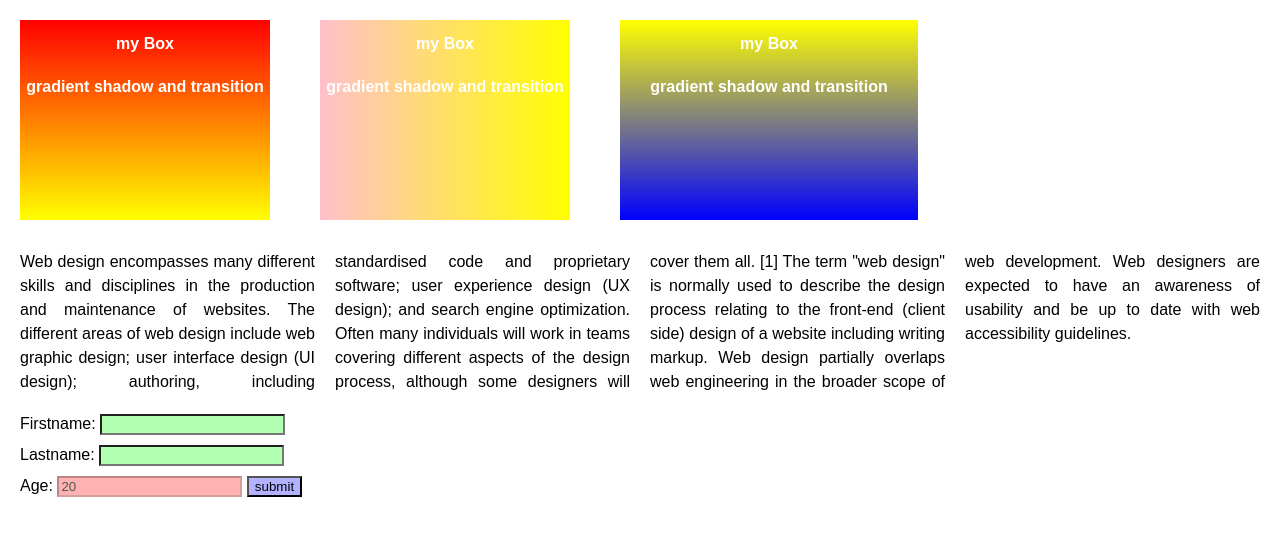
Repository: nuwat-wa/Lab_Ass_WebDesign
Page: HW04-2_IT_Sec1/lab4-2.html
An editor plug-in stored every save of this project. The page is shown before and after the next save, followed by the edit.
The browser window is 1280 px wide. The pictures show the whole page.
The pointer rests on the first visible `.box3`.

Above is the page before, as saved 2026-10-20 23:36:49.

### HW04-2_IT_Sec1/lab4-2.html
<!doctype html>
<html lang="th">
  <head>
    <meta charset="UTF-8" />
    <meta name="viewport" content="width=device-width, initial-scale=1.0" />
    <title>Lab 4-2</title>

    <style>
      body {
        font-family: Arial, sans-serif;
        margin: 20px;
        color: #000;
      }

      .box-container {
        display: flex;
        flex-wrap: wrap;
        align-items: flex-start;
        gap: 50px;
        margin-bottom: 30px;
      }

      .box {
        width: 250px;
        height: 200px;
        flex-shrink: 0;
        text-align: center;
        color: #fff;
        font-weight: bold;
        transition: width 2s;
      }

      .box h2 {
        font-size: 16px;
        color: #fff;
        margin-top: 15px;
      }

      .box p {
        font-size: 16px;
        margin: 25px 5px 0;
      }

      .box:hover {
        width: 300px;
      }

      .box1 {
        background: linear-gradient(to bottom, red, yellow);
      }

      .box1:hover{
        box-shadow: 10px 10px 5px red;
      }

      .box2 {
        background: linear-gradient(to right, pink, yellow);
      }

       .box2:hover{
        box-shadow: 10px 10px 5px pink;
      }

      .box3 {
        background: linear-gradient(to top, blue, yellow);
      }

       .box3:hover{
        box-shadow: 10px 10px 5px brue;
      }

      .column-section {
        margin-top: 10px;
      }

      .column-section h2 {
        font-size: 22px;
        margin-bottom: 10px;
      }

      .column-text {
        column-count: 4;
        column-gap: 20px;
        margin-top: 10px;
        line-height: 1.5;
        text-align: justify;
      }

      .column-text p {
        margin-top: 0;
      }

      .form-section {
        margin-top: 20px;
      }

      .form-row {
        margin-bottom: 10px;
      }

      input:enabled {
        background-color: rgba(0, 255, 0, 0.3);
      }

      input:disabled {
        background-color: rgba(255, 0, 0, 0.3);
      }

      input[type="submit"] {
        background-color: rgba(0, 0, 255, 0.3);
        cursor: pointer;
      }
    </style>
  </head>

  <body>
    <section class="box-container">
      <div class="box box1">
        <h2>my Box</h2>
        <p>gradient shadow and transition</p>
      </div>

      <div class="box box2">
        <h2>my Box</h2>
        <p>gradient shadow and transition</p>
      </div>

      <div class="box box3">
        <h2>my Box</h2>
        <p>gradient shadow and transition</p>
      </div>
    </section>

    <section class="column-section">
      <div class="column-text">
        <p>
          Web design encompasses many different skills and disciplines in the
          production and maintenance of websites. The different areas of web
          design include web graphic design; user interface design (UI design);
          authoring, including standardised code and proprietary software; user
          experience design (UX design); and search engine optimization. Often
          many individuals will work in teams covering different aspects of the
          design process, although some designers will cover them all. [1] The
          term "web design" is normally used to describe the design process
          relating to the front-end (client side) design of a website including
          writing markup. Web design partially overlaps web engineering in the
          broader scope of web development. Web designers are expected to have
          an awareness of usability and be up to date with web accessibility
          guidelines.
        </p>
      </div>
    </section>

    <section class="form-section">
      <form action="#" method="get">
        <div class="form-row">
          <label for="firstname">Firstname:</label>
          <input type="text" id="firstname" name="firstname" />
        </div>

        <div class="form-row">
          <label for="lastname">Lastname:</label>
          <input type="text" id="lastname" name="lastname" />
        </div>

        <div class="form-row">
          <label for="age">Age:</label>
          <input type="number" id="age" name="age" value="20" disabled />

          <input type="submit" value="submit" />
        </div>
      </form>
    </section>
  </body>
</html>

After the next save:
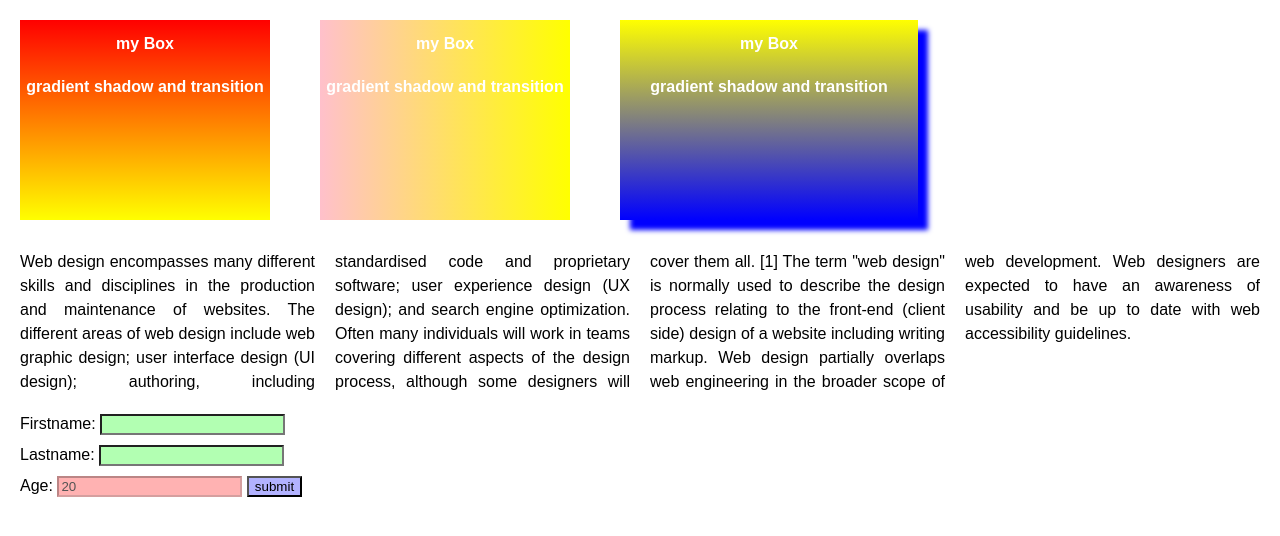
Saved 4 s later.
--- a/HW04-2_IT_Sec1/lab4-2.html
+++ b/HW04-2_IT_Sec1/lab4-2.html
@@ -66,7 +66,7 @@
       }
 
        .box3:hover{
-        box-shadow: 10px 10px 5px brue;
+        box-shadow: 10px 10px 5px blue;
       }
 
       .column-section {
